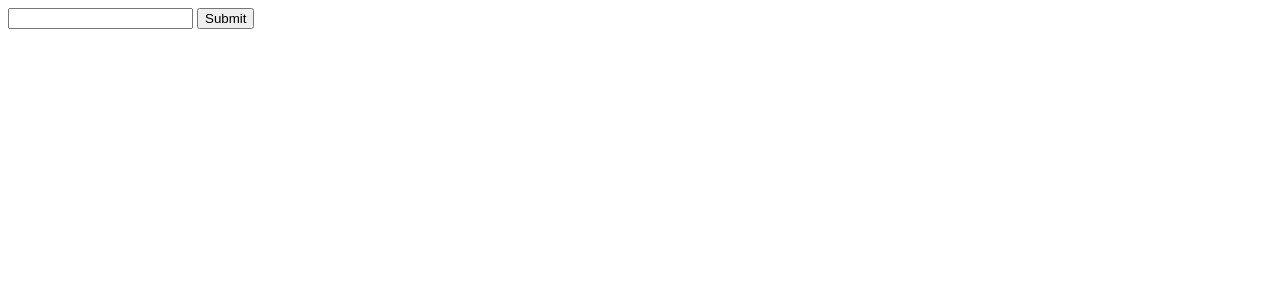
Repository: Ujjwal-Singh21/JSP-SERVLET-PROJECTS
Page: JspServletProject/WebContent/index.html
These files come from the project's save history. The page is drawn as it stood at one moment and after the next save; the edit follows.
The browser window is 1280 px wide. The pictures show the whole page.

Above is the page before, as saved 2023-03-09 06:38:19.

After the next save:
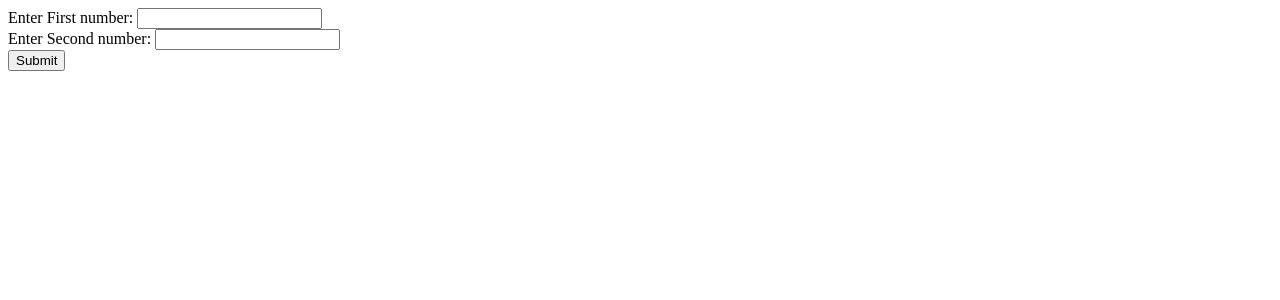
Saved 83 s later.
--- a/JspServletProject/WebContent/index.html
+++ b/JspServletProject/WebContent/index.html
@@ -1,13 +1,15 @@
 <!DOCTYPE html>
 <html>
-<head>
-<meta charset="ISO-8859-1">
-<title>Insert title here</title>
-</head>
-<body>
-   <form action="add">
-      <input type="text" name="aname"/>
-      <input type="submit"/>
-   </form>
-</body>
+	<head>
+		<meta charset="ISO-8859-1">
+		<title>Deployment Descriptor file</title>
+	</head>
+	<body>
+	    <!--  <form action="add" method="get"> -->
+	     <form action="add.jsp" method="get">
+			    Enter First number: <input type="text" name="num1"> <br>
+			    Enter Second number: <input type="text" name="num2"> <br>
+			    <input type="submit">
+		 </form>
+	</body>
 </html>
